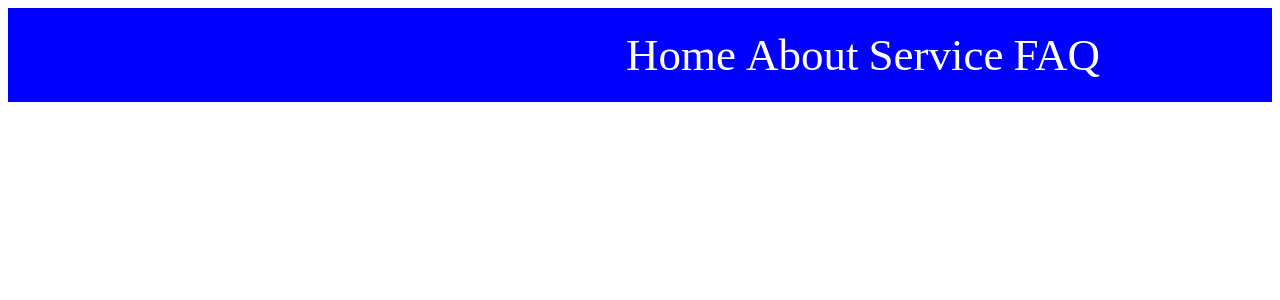
Repository: kenyi-mic/ugv-celender-ui
Page: /
The author's editor kept a copy of each file at every save. The page is drawn from the files as they stood at one save, then again after the next save.
The browser window is 1280 px wide. The pictures show the whole page.
The project was rebuilt for these pictures with package versions that can differ from the ones it lists, and the page was loaded fresh each time.

Above is the page before, as saved 2021-06-09 10:30:42.

### public/index.html
<!DOCTYPE html>
<html lang="en">
  <head>
    <meta charset="utf-8" />
    <link rel="icon" href="%PUBLIC_URL%/favicon.ico" />
    <meta name="viewport" content="width=device-width, initial-scale=1" />
    <meta name="theme-color" content="#000000" />
    <meta
      name="description"
      content="Web site created using create-react-app"
    />

    <!--
      manifest.json provides metadata used when your web app is installed on a
      user's mobile device or desktop. See https://developers.google.com/web/fundamentals/web-app-manifest/
    -->
    <link rel="manifest" href="%PUBLIC_URL%/manifest.json" />
    <!--
      Notice the use of %PUBLIC_URL% in the tags above.
      It will be replaced with the URL of the `public` folder during the build.
      Only files inside the `public` folder can be referenced from the HTML.

      Unlike "/favicon.ico" or "favicon.ico", "%PUBLIC_URL%/favicon.ico" will
      work correctly both with client-side routing and a non-root public URL.
      Learn how to configure a non-root public URL by running `npm run build`.
    -->
    <title>React App</title>
  </head>
  <body>
    <noscript>You need to enable JavaScript to run this app.</noscript>
    <header id="winnie"></header>
    <!--
      This HTML file is a template.
      If you open it directly in the browser, you will see an empty page.

      You can add webfonts, meta tags, or analytics to this file.
      The build step will place the bundled scripts into the <body> tag.

      To begin the development, run `npm start` or `yarn start`.
      To create a production bundle, use `npm run build` or `yarn build`.
    -->
  </body>
</html>

### src/index.js
import React from "react";
import ReactDom from "react-dom";
import "./index.css";

//Without jsx
const myelement = (
  <div class="navbar">
    <ul>
      <li>
        <a href="https://">Home</a>
      </li>
      <li>
        <a href="https://">About</a>
      </li>
      <li>
        <a href="https://">Service</a>
      </li>
      <li>
        <a href="https://">FAQ</a>
      </li>
    </ul>
  </div>
);

ReactDom.render(myelement, document.getElementById("winnie"));

### src/index.css
/* index.js and index.html styles*/

.navbar {
  display: flex;
  background-color: blue;
}
ul {
  display: flex;
  list-style: none;
  padding: 5px;
  position: relative;
  left: 38rem;
}
li a {
  margin: 5px;
  color: #fff;
  text-decoration: none;
  font-size: 45px;
}

After the next save:
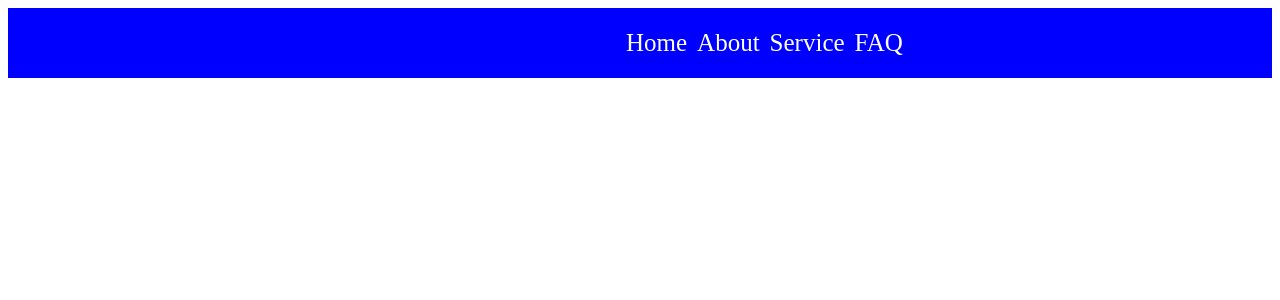
Saved 12 s later.
--- a/src/index.css
+++ b/src/index.css
@@ -15,5 +15,5 @@
   margin: 5px;
   color: #fff;
   text-decoration: none;
-  font-size: 45px;
+  font-size: 25px;
 }
